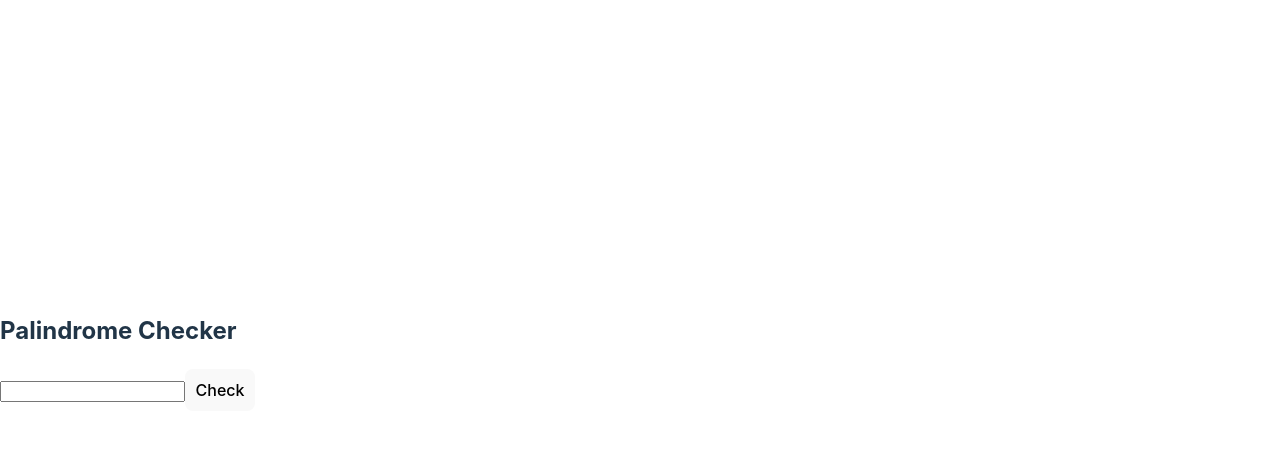
Repository: devblackie/palindrome
Page: /
The author's editor kept a copy of each file at every save. The page is drawn from the files as they stood at one save, then again after a run of saves.
The browser window is 1280 px wide. The pictures show the whole page.
The project was rebuilt for these pictures with package versions that can differ from the ones it lists, and the page was loaded fresh each time. Also part of the build but not shown: vite.config.js.

Above is the page before, as saved 2023-08-22 16:24:46.

After the next 2 saves:
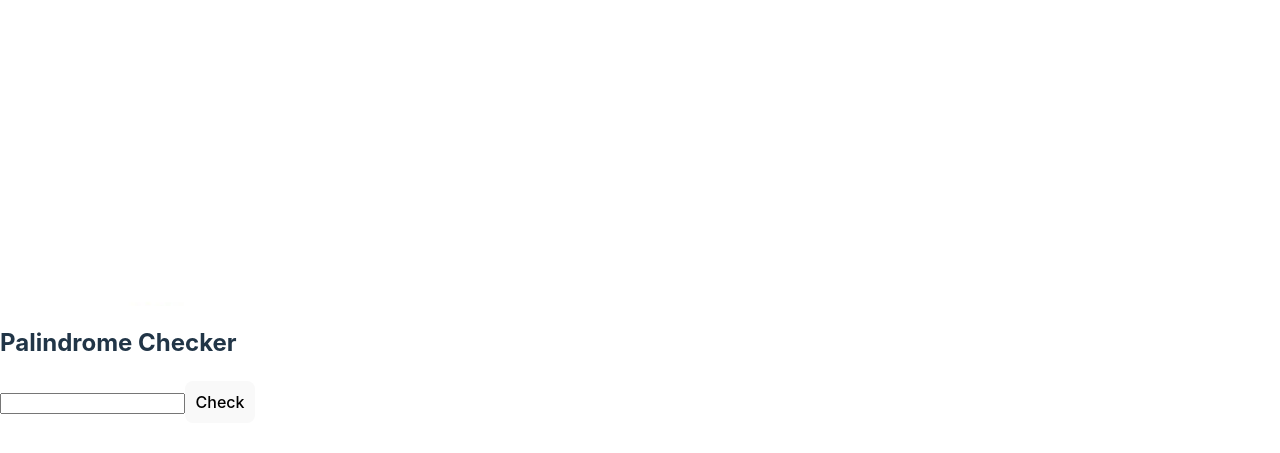
The 2 saves are shown as one change because they came seconds apart.
The last was saved 117 s later.
--- a/src/App.jsx
+++ b/src/App.jsx
@@ -24,7 +24,7 @@
 
   return (
     <div>
-      <div className="header"><div className="img"></div></div>
+      <div className="header"><div className="img"><img src="" alt="" /></div></div>
       <h2>Palindrome Checker</h2>
       <form onSubmit={handleSubmit}>
         <input type="text" value={inputText} onChange={handleInputChange} />

After the 2 saves that followed:
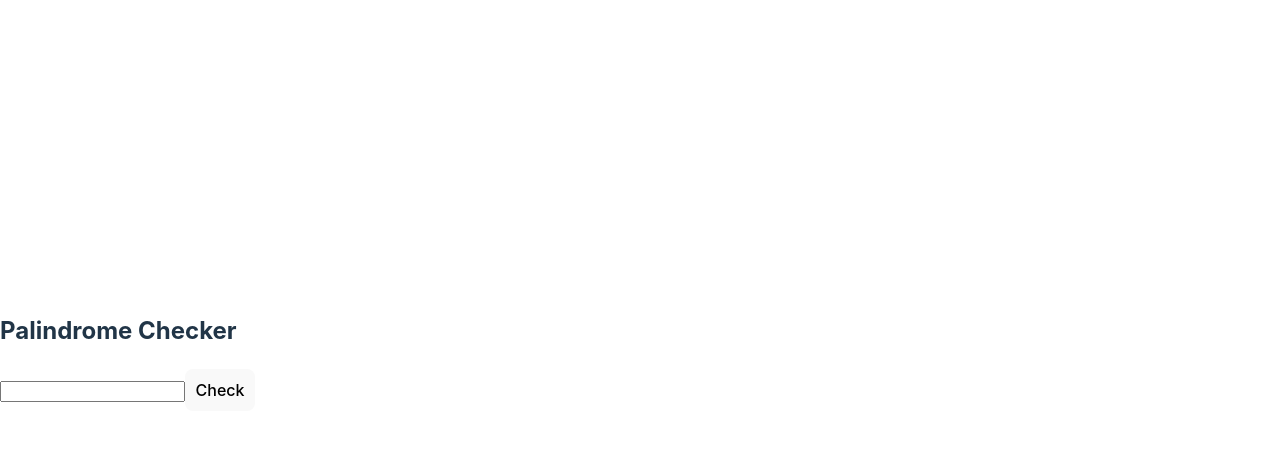
The 2 saves are shown as one change because they came seconds apart.
The last was saved 13 s later.
--- a/src/App.jsx
+++ b/src/App.jsx
@@ -24,7 +24,7 @@
 
   return (
     <div>
-      <div className="header"><div className="img"><img src="" alt="" /></div></div>
+      <div className="header"><div className="img"></div></div>
       <h2>Palindrome Checker</h2>
       <form onSubmit={handleSubmit}>
         <input type="text" value={inputText} onChange={handleInputChange} />
